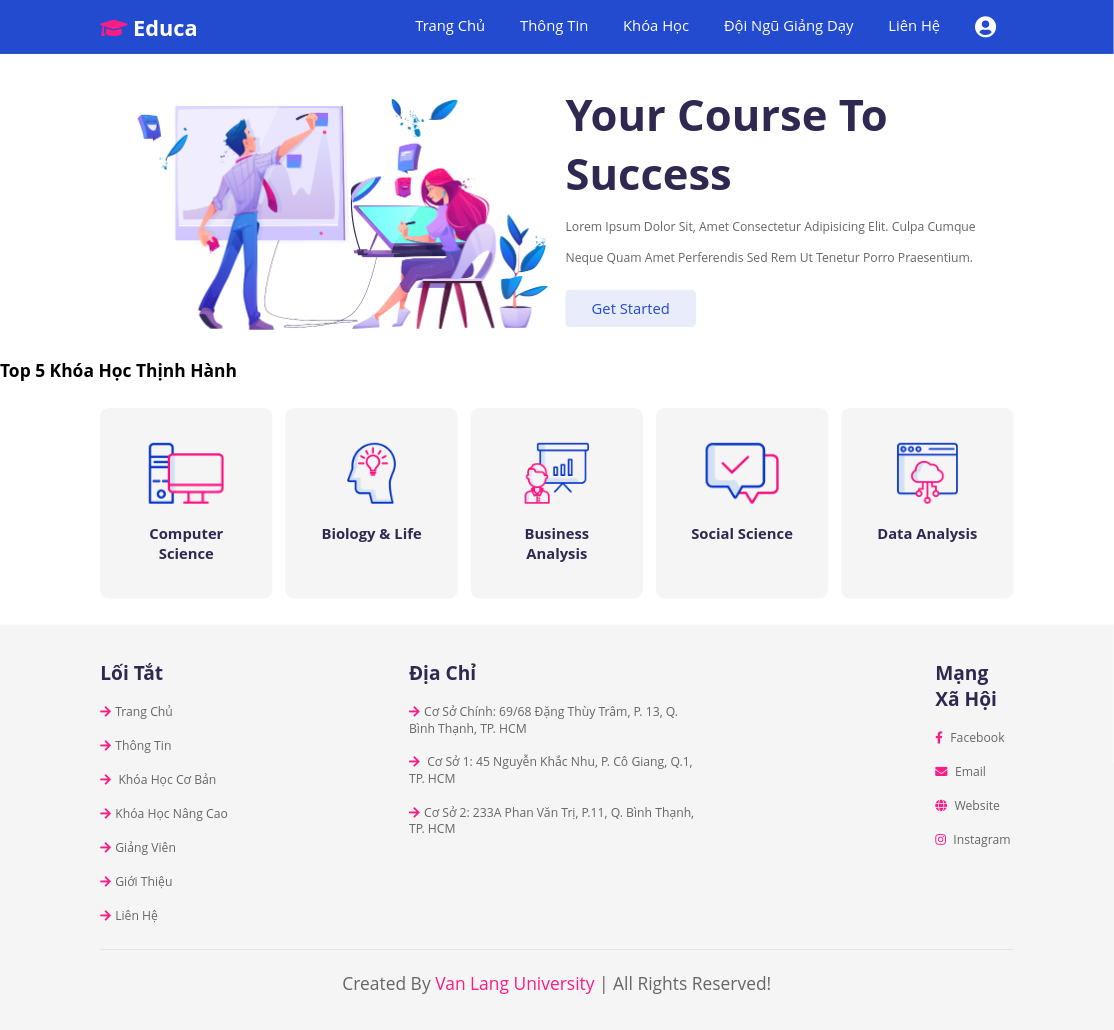
Repository: nhatkhanh022400/Layout
Page: Page-User/home.html
The author's editor kept a copy of each file at every save. The page is drawn from the files as they stood at one save, then again after the next save.
The browser window is 1280 px wide. The pictures show the whole page, at 87% of full size.

Above is the page before, as saved 2022-03-22 16:42:38.
Console error: ReferenceError: $ is not defined

### Page-User/home.html
<!DOCTYPE html>
<html lang="en">
<head>
    <meta charset="UTF-8">
    <meta http-equiv="X-UA-Compatible" content="IE=edge">
    <meta name="viewport" content="width=device-width, initial-scale=1.0">
    <title>home</title>

    <!-- font awesome cdn link  -->
    <link rel="stylesheet" href="https://cdnjs.cloudflare.com/ajax/libs/font-awesome/5.15.4/css/all.min.css">

    <!-- custom css file link  -->
    <link rel="stylesheet" href="css/style.css">
    <link rel="stylesheet" href="https://unpkg.com/aos@next/dist/aos.css" />

</head>
<body>

<!-- header section starts  -->

<header class="header">

    <a href="home.html" class="logo"> <i class="fas fa-graduation-cap"></i> educa </a>

    <div id="menu-btn" class="fas fa-bars"></div>

    <nav class="navbar">
        <ul>
            <li><a href="home.html">Trang Chủ</a></li>
            <li><a href="about.html">Thông Tin</a></li>
            <li><a href="#">Khóa Học</a>
                <ul>
                    <li><a href="course-1.html">Khóa Học Cơ Bản</a></li>
                    <li><a href="course-2.html">Khóa Học Nâng Cao </a></li>

                </ul>
            </li>
            <li>
                <a href="#">Đội Ngũ Giảng Dạy</a>
                <ul>
                    <li><a href="blog.html">Giới Thiệu</a></li>
                    <li><a href="teachers.html">Giảng Viên</a></li>
                </ul>
            </li>
            <li><a href="contact.html">Liên Hệ</a></li>
            <li>
                <a href="#">
                    <i class="fas fa-user-circle"></i>
                </a>
                <ul>
                    <li><a href="user.html">Profile</a></li>
                    <li><a href="sign-up.html">Đăng Xuất</a></li>
                </ul>

            </li>
        </ul>
    </nav>

</header>

<!-- header section ends -->

<!-- home section starts  -->

<section class="home">

    <div class="image">
        <img src="images/home-img.png" alt="">
    </div>

    <div class="content">
        <h3>your course to success</h3>
        <p>Lorem ipsum dolor sit, amet consectetur adipisicing elit. Culpa cumque neque quam amet perferendis sed rem ut tenetur porro praesentium.</p>
        <a href="#" class="btn">get started</a>
    </div>

</section>

<!-- home section ends -->

<!-- categories section starts  -->
<h1>Top 5 Khóa Học Thịnh Hành</h1>
<section class="category">

    <a href="#" class="box">
        <img src="images/category-1.png" alt="">
        <h3>computer science</h3>
    </a>

    <a href="#" class="box">
        <img src="images/category-2.png" alt="">
        <h3>biology & life</h3>
    </a>

    <a href="#" class="box">
        <img src="images/category-3.png" alt="">
        <h3>business analysis</h3>
    </a>

    <a href="#" class="box">
        <img src="images/category-4.png" alt="">
        <h3>social science</h3>
    </a>

    <a href="#" class="box">
        <img src="images/category-5.png" alt="">
        <h3>data analysis</h3>
    </a>

</section>

<!-- categories section ends -->












<!-- footer section starts  -->

<section class="footer" data-aos="fade-right" data-aos-duration="40000">

    <div class="box-container">

        <div class="box">
            <h3>Lối Tắt</h3>
            <a href="home.html"> <i class="fas fa-arrow-right"></i>Trang Chủ</a>
            <a href="about.html"> <i class="fas fa-arrow-right"></i>Thông Tin </a>
            <a href="course-1.html"> <i class="fas fa-arrow-right"></i> Khóa Học Cơ Bản</a>
            <a href="course-2.html"> <i class="fas fa-arrow-right"></i>Khóa Học Nâng Cao</a>
            <a href="teachers.html"> <i class="fas fa-arrow-right"></i>Giảng Viên</a>
            <a href="blog.html"> <i class="fas fa-arrow-right"></i>Giới Thiệu</a>
            <a href="contact.html"> <i class="fas fa-arrow-right"></i>Liên Hệ</a>
        </div>

        <div class="box">
            <h3>Địa Chỉ</h3>
            <a href="#"> <i class="fas fa-arrow-right"></i>Cơ sở chính: 69/68 Đặng Thùy Trâm, P. 13, Q. Bình Thạnh, TP. HCM</a>
            <a href="#"> <i class="fas fa-arrow-right"></i> Cơ sở 1: 45 Nguyễn Khắc Nhu, P. Cô Giang, Q.1, TP. HCM</a>
            <a href="#"> <i class="fas fa-arrow-right"></i>Cơ sở 2: 233A Phan Văn Trị, P.11, Q. Bình Thạnh, TP. HCM</a>

        </div>

        <div class="box" style="margin-left: 25rem;">
            <h3>Mạng Xã Hội</h3>
            <a href="#"> <i class="fab fa-facebook-f"></i> facebook </a>
            <a href="#"> <i class="fas fa-envelope"></i> email</a>
            <a href="#"> <i class="fas fa-globe"></i> website </a>
            <a href="#"> <i class="fab fa-instagram"></i> instagram </a>

        </div>

    </div>

    <div class="credit"> created by <span>Van Lang University</span> | all rights reserved! </div>

</section>

<!-- footer section ends -->

<!-- custom js file link  -->
<script src="js/script.js"></script>
<script src="https://unpkg.com/aos@next/dist/aos.js"></script>
    <script>
        AOS.init();
    </script>
</body>
</html>

### Page-User/css/style.css
@import url("https://fonts.googleapis.com/css2?family=Poppins:wght@100;300;400;500;600&display=swap");
* {
  font-family: 'Open Sans', sans-serif;
  margin: 0;
  padding: 0;
  -webkit-box-sizing: border-box;
  box-sizing: border-box;
  text-transform: capitalize;
  text-decoration: none;
  outline: none;
  border: none;
  -webkit-transition: all 0.2s linear;
  transition: all 0.2s linear;
}

html {
  font-size: 62.5%;
  overflow-x: hidden;
}

section {
  padding: 3rem 9%;
}

.btn {
  display: inline-block;
  margin-top: 1rem;
  padding: 1rem 3rem;
  background: #e9edfb;
  color: #224bcf;
  cursor: pointer;
  border-radius: 0.5rem;
  font-size: 1.7rem;
}

.btn:hover {
  color: #fff;
  background: #224bcf;
}

.heading {
  background: url(../images/heading-bg.png) no-repeat;
  background-size: cover;
  background-position: center;
}

.heading h3 {
  font-size: 3.5rem;
  color: #302851;
}

.heading p {
  font-size: 1.6rem;
  color: #666;
  padding-top: 0.5rem;
}

.heading p a {
  padding-right: 0.5rem;
  color: #fa1d86;
}

.heading p a:hover {
  color: #224bcf;
}

.header {
  position: -webkit-sticky;
  position: sticky;
  top: 0;
  left: 0;
  right: 0;
  z-index: 1000;
  display: -webkit-box;
  display: -ms-flexbox;
  display: flex;
  -webkit-box-align: center;
  -ms-flex-align: center;
  align-items: center;
  -webkit-box-pack: justify;
  -ms-flex-pack: justify;
  justify-content: space-between;
  padding: 0 9%;
  background: #224bcf;
  height: 62px;
}

.header .logo {
  font-size: 2.5rem;
  font-weight: bolder;
  color: #fff;
  text-decoration: none;
}

.header .logo i {
  color: #fa1d86;
}

.header .navbar ul {
  list-style: none;
  width: 100%;
}

.header .fa-user-circle{
  font-size: 25px;
}

.header .navbar ul li {
  position: relative;
  float: left;
}

.header .navbar ul li:hover ul {
  display: block;
}

.header .navbar ul li a {
  padding: 2rem;
  display: block;
  font-size: 1.7rem;
  color: #fff;
  text-decoration: none;
}

.header .navbar ul li a:hover {
  background: #fa1d86;
}

.header .navbar ul li ul {
  position: absolute;
  left: 0;
  width: 20rem;
  background: #224bcf;
  display: none;
}

.header .navbar ul li ul li {
  width: 100%;
}

#menu-btn {
  cursor: pointer;
  color: #fff;
  font-size: 2.5rem;
  display: none;
}

.home {
  display: -webkit-box;
  display: -ms-flexbox;
  display: flex;
  -webkit-box-align: center;
  -ms-flex-align: center;
  align-items: center;
  -ms-flex-wrap: wrap;
  flex-wrap: wrap;
  gap: 2rem;
}

.home .image {
  -webkit-box-flex: 1;
  -ms-flex: 1 1 42rem;
  flex: 1 1 42rem;
}

.home .image img {
  width: 100%;
}

.home .content {
  -webkit-box-flex: 1;
  -ms-flex: 1 1 42rem;
  flex: 1 1 42rem;
}

.home .content h3 {
  color: #302851;
  font-size: 5rem;
}

.home .content p {
  font-size: 1.4rem;
  color: #666;
  padding: 1rem 0;
  line-height: 2.5;
}

.category {
  display: -ms-grid;
  display: grid;
  -ms-grid-columns: (minmax(16rem, 1fr)) [auto-fit];
  grid-template-columns: repeat(auto-fit, minmax(16rem, 1fr));
  gap: 1.5rem;
}

.category .box {
  border-radius: 1rem;
  background: #f5f5f5;
  padding: 4rem 3rem;
  text-align: center;
}

.category .box img {
  height: 7rem;
  margin-bottom: 2rem;
}

.category .box h3 {
  font-size: 1.7rem;
  color: #302851;
}

.about {
  display: -webkit-box;
  display: -ms-flexbox;
  display: flex;
  -webkit-box-align: center;
  -ms-flex-align: center;
  align-items: center;
  -ms-flex-wrap: wrap;
  flex-wrap: wrap;
  gap: 2rem;
}

.about .image {
  -webkit-box-flex: 1;
  -ms-flex: 1 1 42rem;
  flex: 1 1 42rem;
}

.about .image img {
  width: 100%;
}

.about .content {
  -webkit-box-flex: 1;
  -ms-flex: 1 1 42rem;
  flex: 1 1 42rem;
}

.about .content h3 {
  color: #302851;
  font-size: 4.5rem;
}

.about .content p {
  font-size: 1.4rem;
  padding: 1rem 0;
  color: #666;
  line-height: 2.5;
}

.teachers {
  display: -ms-grid;
  display: grid;
  -ms-grid-columns: (minmax(27rem, 1fr)) [auto-fit];
  grid-template-columns: repeat(auto-fit, minmax(27rem, 1fr));
  gap: 1.5rem;

}

.teachers .box {
  text-align: center;
  overflow: hidden;
}

.teachers .box:hover .image .share {
  -webkit-transform: translateY(0);
  transform: translateY(0);
}

.teachers .box:hover .image .share a {
  transform: translateY(10px);
  opacity: 1;
  transition: transform 0.2s 0.2s;
  transition: transform 0.2s 0.2s, -webkit-transform 0.2s 0.2s;
}

.teachers .box:hover .image .share button {
  background-color: transparent;
  color: white;
  font-weight: bold;
  border: 1px solid white;
  padding: 3px 6px;
  border-radius: 3px;
  font-size: 15px;
  transform: translateY(-10px);
  opacity: 1;
  transition: transform 0.2s 0.2s;
}

.teachers .box:hover .image .share .status {
  float: left;
  background-color: transparent;
  color: white;
  font-size: 13px;
  transform: translateY(-10px);
  transition: p 0.2s;
}

.teachers .box .image {
  overflow: hidden;
  height: 32rem;
  width: 100%;
  position: relative;
  border-radius: 1rem;
}

.teachers .box .image .share {
  position: absolute;
  top: 0;
  left: 0;
  height: 100%;
  width: 100%;
  background: rgba(0, 0, 0, 0.7);
  display: -webkit-box;
  display: -ms-flexbox;
  display: flex;
  -webkit-box-align: end;
  -ms-flex-align: end;
  align-items: flex-end;
  -webkit-box-pack: center;
  -ms-flex-pack: center;
  justify-content: center;
  z-index: 10;
  overflow: hidden;
  -webkit-transform: translateY(-100%);
  transform: translateY(-100%);
}

.teachers .box .image .share a {
  font-size: 2.5rem;
  margin: 2rem 1.5rem;
  color: #fff;
  -webkit-transform: translateY(5rem);
  transform: translateY(5rem);
  opacity: 0;
}

.teachers .box .image .share a:hover {
  color: #fa1d86;
}

.teachers .box .image .share button:hover {
  background-color: white;
  color: black;
}

.teachers .box .image img {
  height: 100%;
  width: 100%;
  -o-object-fit: cover;
  object-fit: cover;
}

.teachers .box .content {
  padding-top: 1rem;
}

.teachers .box .content h3 {
  font-size: 2rem;
  color: #302851;
}

.teachers .box .content span {
  color: #666;
  font-size: 1.5rem;
}

.blog {
  display: -ms-grid;
  display: grid;
  -ms-grid-columns: (minmax(31rem, 1fr)) [auto-fit];
  grid-template-columns: repeat(auto-fit, minmax(31rem, 1fr));
  gap: 1.5rem;
}

.blog .box .image {
  height: 25rem;
  width: 100%;
  overflow: hidden;
}

.blog .box .image img {
  height: 100%;
  width: 100%;
  -o-object-fit: cover;
  object-fit: cover;
  border-radius: 0.5rem;
}

.blog .box .content {
  padding: 2rem;
  background: #f5f5f5;
}

.blog .box .content .icons {
  padding: 1.5rem 0;
  margin-bottom: 1rem;
  display: -webkit-box;
  display: -ms-flexbox;
  display: flex;
  -webkit-box-align: center;
  -ms-flex-align: center;
  align-items: center;
  -webkit-box-pack: justify;
  -ms-flex-pack: justify;
  justify-content: space-between;
}

.blog .box .content .icons a {
  font-size: 1.4rem;
  color: #666;
}

.blog .box .content .icons a:hover {
  color: #224bcf;
}

.blog .box .content .icons a i {
  padding-right: 0.5rem;
  color: #224bcf;
}

.blog .box .content h3 {
  font-size: 1.7rem;
  padding: 0.5rem 0;
  color: #302851;
}

.blog .box .content p {
  padding: 1rem 0;
  font-size: 1.4rem;
  line-height: 2.5;
  color: #666;
}

.contact .icons-container {
  display: -ms-grid;
  display: grid;
  -ms-grid-columns: (minmax(30rem, 1fr)) [auto-fit];
  grid-template-columns: repeat(auto-fit, minmax(30rem, 1fr));
  gap: 1.5rem;
}

.contact .icons-container .icons {
  text-align: center;
  padding: 2rem;
  border-radius: 1rem;
  background: #f5f5f5;
  margin-bottom: 2rem;
}

.contact .icons-container .icons i {
  height: 6.5rem;
  width: 6.5rem;
  line-height: 6.5rem;
  font-size: 2.5rem;
  color: #224bcf;
  background: #e9edfb;
  border-radius: 50%;
  text-align: center;
  margin-bottom: 0.5rem;
}

.contact .icons-container .icons h3 {
  font-size: 2rem;
  color: #302851;
  padding: 0.7rem 0;
}

.contact .icons-container .icons p {
  line-height: 2;
  font-size: 1.4rem;
  color: #666;
}

.contact .row {
  display: -webkit-box;
  display: -ms-flexbox;
  display: flex;
  -ms-flex-wrap: wrap;
  flex-wrap: wrap;
  gap: 1.5rem;
}

.contact .row form {
  -webkit-box-flex: 1;
  -ms-flex: 1 1 42rem;
  flex: 1 1 42rem;
  border-radius: 1rem;
  background: #f5f5f5;
  padding: 2rem;
}

.contact .row form h3 {
  font-size: 2.5rem;
  color: #302851;
  margin-bottom: 0.5rem;
}

.contact .row form .box,
.contact .row form textarea {
  width: 100%;
  padding: 1rem 1.2rem;
  font-size: 1.6rem;
  color: #666;
  text-transform: none;
  margin: 1rem 0;
  border-radius: 0.5rem;
  background: #fff;
}

.contact .row form textarea {
  height: 15rem;
  resize: none;
}

.contact .row .map {
  -webkit-box-flex: 1;
  -ms-flex: 1 1 42rem;
  flex: 1 1 42rem;
  width: 100%;
  border-radius: 1rem;
}

.footer {
  background: #f5f5f5;
}

.footer .box-container {
  display: -ms-grid;
  display: grid;
  -ms-grid-columns: (minmax(25rem, 1fr)) [auto-fit];
  grid-template-columns: repeat(auto-fit, minmax(25rem, 1fr));
  gap: 1.5rem;
}

.footer .box-container .box h3 {
  font-size: 2.2rem;
  padding: 1rem 0;
  color: #302851;
}

.footer .box-container .box a {
  display: block;
  font-size: 1.4rem;
  padding: 1rem 0;
  color: #666;
}

.footer .box-container .box a:hover {
  color: #fa1d86;
}

.footer .box-container .box a:hover i {
  padding-right: 2rem;
}

.footer .box-container .box a i {
  color: #fa1d86;
  padding-right: 0.5rem;
}

.footer .credit {
  text-align: center;
  margin-top: 2rem;
  padding: 1rem;
  padding-top: 2.5rem;
  font-size: 2rem;
  color: #666;
  border-top: 0.1rem solid rgba(0, 0, 0, 0.1);
}

.footer .credit span {
  color: #fa1d86;
}

/* =================================user===================================================== */

/* --------------------------------nav----------------------------- */
.border-right{
  font-size: 15px;
}
.form-control:focus {
  box-shadow: none;
  border-color: #BA68C8
}

.profile-button {
  background: rgb(99, 39, 120);
  box-shadow: none;
  border: none
}

.profile-button:hover {
  background: #682773
}

.profile-button:focus {
  background: #682773;
  box-shadow: none
}

.profile-button:active {
  background: #682773;
  box-shadow: none
}

.back:hover {
  color: #682773;
  cursor: pointer
}

.labels {
  font-size: 15px
}

.experience{
  font-size: 13px;
}

.add-experience:hover {
  background: #478cff;
  color: #fff;
  cursor: pointer;
  border: solid 1px #BA68C8
}

/* =============================================================================================== */

/* =================================================sign-up======================================== */

.bg-signup{
  width: 100%;
  min-height: 100vh;
  background-color: #f2f3f5;
  display: flex;
  align-items: center;
  justify-content: center;
  padding: 100px 0;
  background-image: url(../img/login.jpg);
  background-attachment: fixed;
  background-size: cover;
  object-fit: cover;
  background-repeat: no-repeat;
}
.signup {

  padding: 90px 75px;
  background-color: #fff;
  width: 100%;
  max-width: 600px;
  border-radius: 30px;
}

.signup .logo {
  text-align: center;
}
.signup-heading {
  font-size: 40px;
  font-weight: bold;
  color: #373941;
  text-align: center;
  margin-bottom: 35px;
}
.signup-social {
  padding: 10px;
  border-radius: 20px;
  display: block;
  width: 100%;
  color: white;
  font-size: 16px;
  font-weight: bold;
  font-family: "Poppins", sans-serif;
  border: 0;
  background-color: #4c6ff4;
  display: flex;
  align-items: center;
  cursor: pointer;
  outline: none;
  box-shadow: 0 5px 10px 0 rgba(76, 111, 244, 0.5);
}
.signup-social-icon {
  width: 60px;
  height: 60px;
  border-radius: 10px;
  background-color: white;
  display: flex;
  align-items: center;
  justify-content: center;
  color: #4c6ff4;
  font-size: 30px;
}
.signup-social-text {
  display: block;
  margin: 0 auto;
}
.signup-or {
  text-align: center;
  font-size: 16px;
  color: #999;
  margin: 55px auto;
  position: relative;
}
.signup-or span {
  display: inline-block;
  padding: 10px 30px;
  background-color: #fff;
  position: relative;
  z-index: 2;
}
.signup-or:after {
  content: "";
  width: 100%;
  height: 1px;
  background-color: #999;
  position: absolute;
  top: 50%;
  left: 0;
  transform: translateY(-50%);
}
.signup-label {
  font-size: 16px;
  color: #63676b;
  font-weight: 500;
  margin-bottom: 10px;
  display: inline-block;
  cursor: pointer;
}
.signup-input {
  display: block;
  width: 100%;
  padding: 25px;
  border-radius: 14px;
  background-color: #f2f3f5;
  outline: none;
  border: 0;
  font-family: "Poppins", sans-serif;
  font-size: 18px;
  margin-bottom: 30px;
}
.signup-input::-webkit-input-placeholder {
  color: #b4bac0;
  font-weight: 500;
}
.signup-input::-moz-input-placeholder {
  color: #b4bac0;
  font-weight: 500;
}
.signup-submit {
  padding: 25px;
  color: white;
  font-size: 18px;
  text-align: center;
  border: 0;
  outline: none;
  display: inline-block;
  width: 100%;
  border-radius: 14px;
  background-color: rgb(130, 201, 30);
  font-family: "Poppins", sans-serif;
  cursor: pointer;
  font-weight: 600;
  box-shadow: 0 5px 10px 0 rgba(130, 201, 30, 0.5);
  margin-top: 25px;
  margin-bottom: 25px;
}
.signup-already {
  text-align: center;
  font-size: 16px;
  color: #999;
}
.signup-login-link {
  color: #2979ff;
  text-decoration: none;
}
/* ================================================================================================= */

/* ================================================animation========================================== */


@media (max-width: 1200px) {
  html {
    font-size: 55%;
  }
  section {
    padding: 3rem 2rem;
  }
}

@media (max-width: 768px) {
  #menu-btn {
    display: inline-block;
  }
  .header {
    padding: 2rem;
  }
  .header .navbar {
    position: absolute;
    top: 99%;
    left: 0;
    right: 0;
    background: #224bcf;
    -webkit-clip-path: polygon(0 0, 100% 0, 100% 0, 0 0);
    clip-path: polygon(0 0, 100% 0, 100% 0, 0 0);
  }
  .header .navbar.active {
    -webkit-clip-path: polygon(0 0, 100% 0, 100% 100%, 0 100%);
    clip-path: polygon(0 0, 100% 0, 100% 100%, 0 100%);
  }
  .header .navbar ul li {
    width: 100%;
  }
  .header .navbar ul li ul {
    width: 100%;
    position: relative;
  }
  .about .content h3 {
    font-size: 3rem;
  }
  .main-video video {
    width: 95%;
    border-width: 0.2rem;
  }
}

@media (max-width: 450px) {
  html {
    font-size: 50%;
  }
}

### Page-User/js/script.js
let navbar = document.querySelector('.header .navbar');

document.querySelector('#menu-btn').onclick = () =>{
    navbar.classList.toggle('active');
}

window.onscroll = () =>{
    navbar.classList.remove('active');
}

$(document).ready(function(){
    $(window).scroll(function(){
        $(".teachersani").each(function(){
            const pos = $(this).offset().top;
            const winTop = $(window).scrollTop();
            if (pos < winTop + 600) {
                $(this).addClass("slide");
            }
        })
    })
})

After the next save:
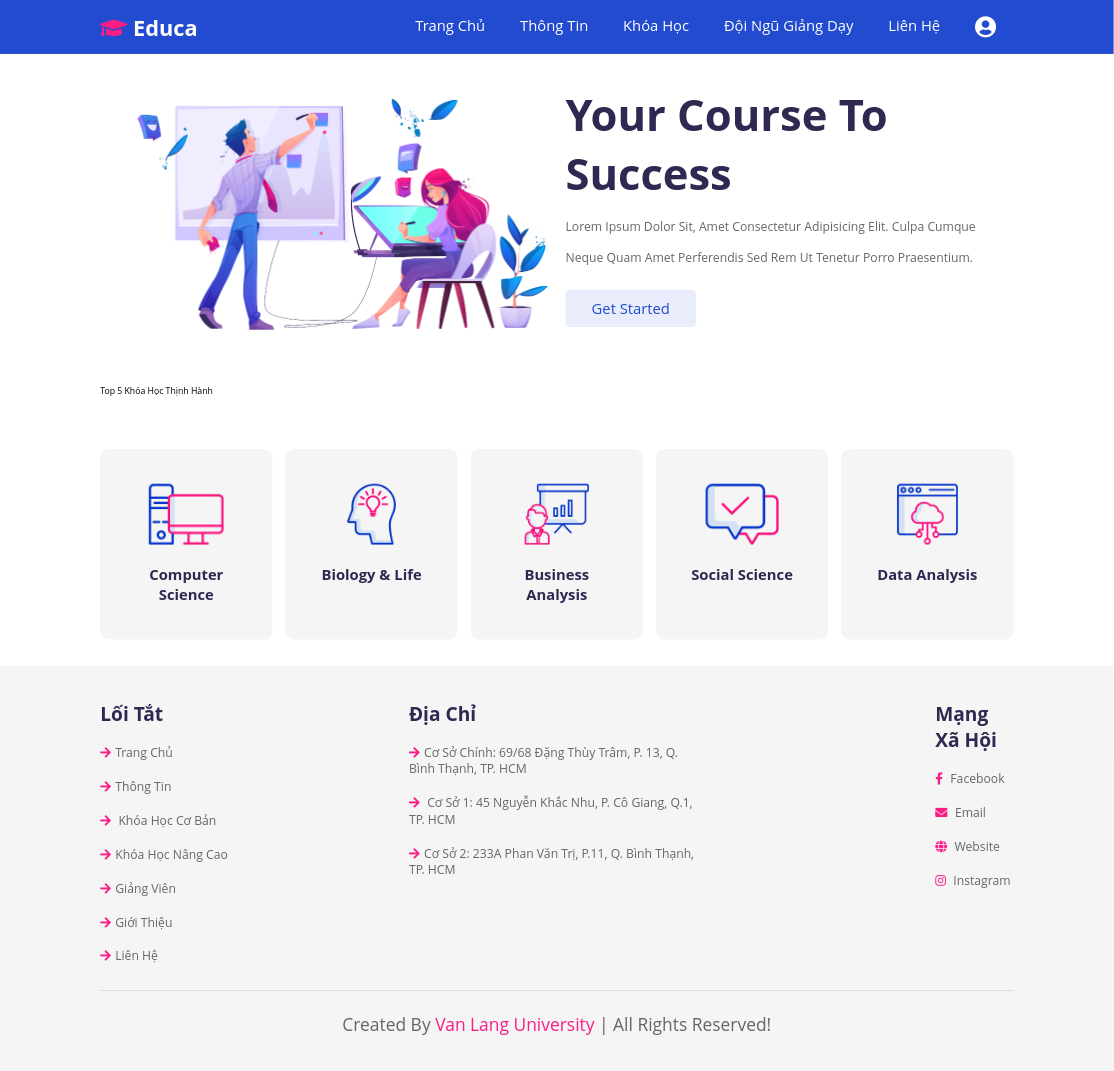
Saved 74 s later.
--- a/Page-User/home.html
+++ b/Page-User/home.html
@@ -79,7 +79,7 @@
 <!-- home section ends -->
 
 <!-- categories section starts  -->
-<h1>Top 5 Khóa Học Thịnh Hành</h1>
+<section class="trending">Top 5 Khóa Học Thịnh Hành</section>
 <section class="category">
 
     <a href="#" class="box">
